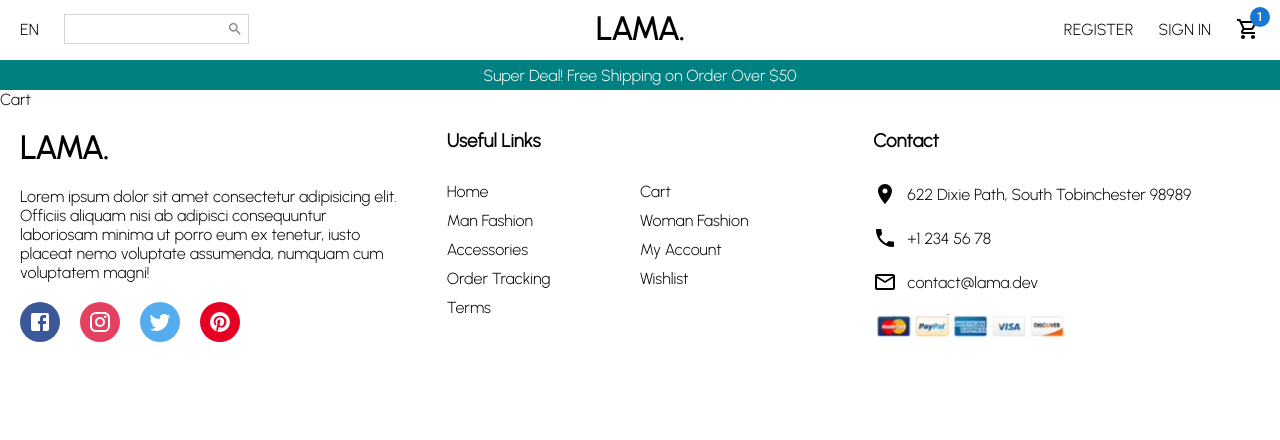
Repository: kmvaghela/ECOMMERCE
Page: /
The author's editor kept a copy of each file at every save. The page is drawn from the files as they stood at one save, then again after the next save.
The browser window is 1280 px wide. The pictures show the whole page.
The project was rebuilt for these pictures with package versions that can differ from the ones it lists, and the page was loaded fresh each time. Also part of the build but not shown: src/data.js, src/components/CategoryItem.jsx, src/components/Categories.jsx, src/components/Product.jsx, src/components/Products.jsx, src/components/Slider.jsx, src/components/Newsletter.jsx, src/pages/Home.jsx and 4 more.

Above is the page before, as saved 2022-02-24 19:28:05.

### public/index.html
<!DOCTYPE html>
<html lang="en">

<head>
  <meta charset="utf-8" />
  <meta name="viewport" content="width=device-width, initial-scale=1" />
  <meta name="description" content="Web site created using create-react-app" />
  <link href="https://fonts.googleapis.com/css2?family=Urbanist:wght@100;200;300&display=swap" rel="stylesheet">
  <style>
    * {
      margin: 0;
      font-family: 'Urbanist', sans-serif;
    }
  </style>
  <title>React App</title>
</head>

<body>
  <noscript>You need to enable JavaScript to run this app.</noscript>
  <div id="root"></div>
</body>

</html>

### src/App.jsx
import Home from "./pages/Home";
import Product from "./pages/Product";
import ProductList from "./pages/ProductList";
import Register from "./pages/Register";
import Login from "./pages/Login";
import Cart from "./pages/Cart";

const App = () => {
  return (
    // <Home />
    // <ProductList />
    // <Product />
    // <Register />
    // <Login />
    <Cart />
  );
};

export default App;

### src/pages/Cart.jsx
import React from "react";
import styled from "styled-components";
import Navbar from "../components/Navbar";
import Announcement from "../components/Announcement";
import Footer from "../components/Footer";

const Container = styled.div``;

const Cart = () => {
  return (
    <Container>
      <Navbar />
      <Announcement />
      Cart
      <Footer />
    </Container>
  );
};

export default Cart;

### src/components/Announcement.jsx
import styled from "styled-components";

const Container = styled.div`
  height: 30px;
  background-color: teal;
  color: white;
  display: flex;
  align-items: center;
  justify-content: center;
  font-size: 14;
  font-weight: 500;
`;

const Announcement = () => {
  return (
    <Container>
      Super Deal! Free Shipping on Order Over $50
    </Container>
  );
};

export default Announcement;

### src/components/Navbar.jsx
import React from "react";
import styled from "styled-components";
import SearchOutlinedIcon from "@mui/icons-material/SearchOutlined";
import ShoppingCartOutlinedIcon from "@mui/icons-material/ShoppingCartOutlined";
import Badge from "@mui/material/Badge";

const Container = styled.div`
  height: 60px;
`;
const Wrapper = styled.div`
  padding: 10px 20px;
  display: flex;
  align-items: center;
  justify-content: space-between;
`;
const Left = styled.div`
  flex: 1;
  display: flex;
  align-items: center;
`;
const Language = styled.span`
  font-size: 14;
  cursor: pointer;
`;
const SearchContainer = styled.div`
  border: 0.5px solid lightgray;
  display: flex;
  align-items: center;
  margin-left: 25px;
  padding: 5px;
`;
const Input = styled.input`
  border: none;
`;

const Center = styled.div`
  flex: 2;
`;
const Logo = styled.h1`
  font-weight: bold;
  text-align: center;
`;

const Right = styled.div`
  flex: 1;
  display: flex;
  align-items: center;
  justify-content: flex-end;
`;
const MenuItem = styled.div`
  font-size: 14;
  cursor: pointer;
  margin-left: 25px;
`;

const Navbar = () => {
  return (
    <Container>
      <Wrapper>
        <Left>
          <Language>EN</Language>
          <SearchContainer>
            <Input />
            <SearchOutlinedIcon style={{color:"gray",fontSize:16}}/>
          </SearchContainer>
        </Left>
        <Center>
          <Logo>LAMA.</Logo>
        </Center>
        <Right>
          <MenuItem>REGISTER</MenuItem>
          <MenuItem>SIGN IN</MenuItem>
          <MenuItem>
            <Badge badgeContent={1} color="primary">
              <ShoppingCartOutlinedIcon />
            </Badge>
          </MenuItem>
        </Right>
      </Wrapper>
    </Container>
  );
};
export default Navbar;

### src/components/Footer.jsx
import React from "react";
import styled from "styled-components";
import FacebookIcon from "@mui/icons-material/Facebook";
import InstagramIcon from "@mui/icons-material/Instagram";
import TwitterIcon from "@mui/icons-material/Twitter";
import PinterestIcon from "@mui/icons-material/Pinterest";
import RoomIcon from "@mui/icons-material/Room";
import PhoneIcon from "@mui/icons-material/Phone";
import MailOutlineIcon from "@mui/icons-material/MailOutline";
import PaymentImage from "../assets/payment.PNG";
const Container = styled.div`
  display: flex;
`;

const Left = styled.div`
  flex: 1;
  display: flex;
  flex-direction: column;
  padding: 20px;
`;
const Center = styled.div`
  flex: 1;
  padding: 20px;
`;
const Right = styled.div`
  flex: 1;
  padding: 20px;
`;

const Logo = styled.h1``;

const Description = styled.p`
  margin: 20px 0px;
`;

const SocialContainer = styled.div`
  display: flex;
`;

const SocialIcon = styled.div`
  height: 40px;
  width: 40px;
  border-radius: 50%;
  color: white;
  background-color: ${(props) => props.color};
  display: flex;
  align-items: center;
  justify-content: center;
  margin-right: 20px;
`;

const Title = styled.h3`
  margin-bottom: 30px;
`;

const List = styled.ul`
  margin: 0;
  padding: 0;
  list-style: none;
  display: flex;
  flex-wrap: wrap;
`;

const ListItem = styled.li`
  width: 50%;
  margin-bottom: 10px;
`;

const ContactItem = styled.div`
  margin-bottom: 20px;
  display: flex;
  align-items: center;
`;

const Payment = styled.img`
  width: 50%;
`;

const Footer = () => {
  return (
    <Container>
      <Left>
        <Logo>LAMA.</Logo>
        <Description>
          Lorem ipsum dolor sit amet consectetur adipisicing elit. Officiis
          aliquam nisi ab adipisci consequuntur laboriosam minima ut porro eum
          ex tenetur, iusto placeat nemo voluptate assumenda, numquam cum
          voluptatem magni!
        </Description>
        <SocialContainer>
          <SocialIcon color="#3B5999">
            <FacebookIcon />
          </SocialIcon>
          <SocialIcon color="#E4405F">
            <InstagramIcon />
          </SocialIcon>
          <SocialIcon color="#55ACEE">
            <TwitterIcon />
          </SocialIcon>
          <SocialIcon color="#E60023">
            <PinterestIcon />
          </SocialIcon>
        </SocialContainer>
      </Left>

      <Center>
        <Title>Useful Links</Title>
        <List>
          <ListItem>Home</ListItem>
          <ListItem>Cart</ListItem>
          <ListItem>Man Fashion</ListItem>
          <ListItem>Woman Fashion</ListItem>
          <ListItem>Accessories</ListItem>
          <ListItem>My Account</ListItem>
          <ListItem>Order Tracking</ListItem>
          <ListItem>Wishlist</ListItem>
          <ListItem>Terms</ListItem>
        </List>
      </Center>

      <Right>
        <Title>Contact</Title>
        <ContactItem>
          <RoomIcon style={{ marginRight: "10px" }} />
          622 Dixie Path, South Tobinchester 98989
        </ContactItem>
        <ContactItem>
          <PhoneIcon style={{ marginRight: "10px" }} />
          +1 234 56 78
        </ContactItem>
        <ContactItem>
          <MailOutlineIcon style={{ marginRight: "10px" }} />
          contact@lama.dev
        </ContactItem>
        <Payment src={PaymentImage} alt="not found" />
      </Right>
    </Container>
  );
};

export default Footer;

Loaded but not shown: src/index.js (common file)

After the next save:
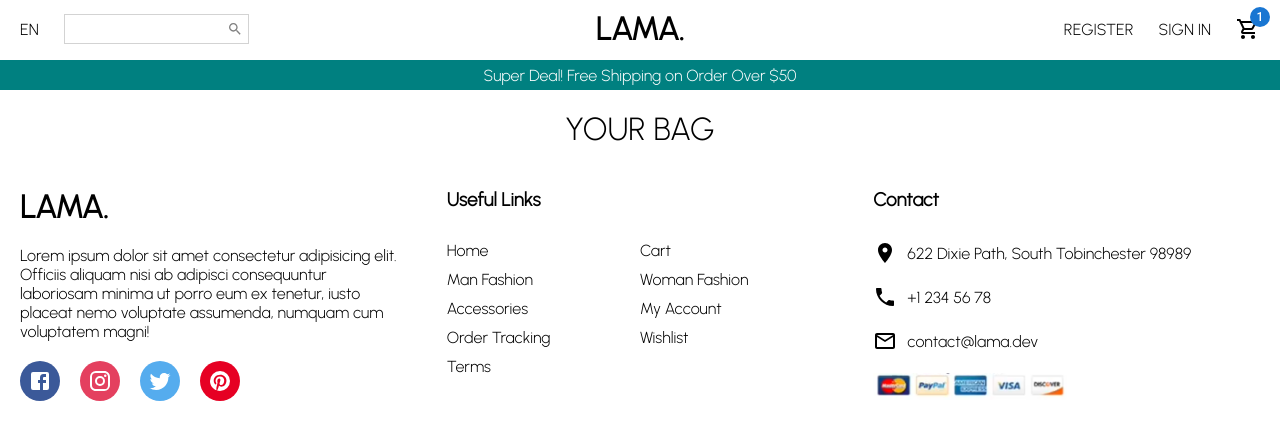
Saved 5 min 44 s later.
--- a/src/pages/Cart.jsx
+++ b/src/pages/Cart.jsx
@@ -6,12 +6,29 @@
 
 const Container = styled.div``;
 
+const Wrapper = styled.div`
+  padding: 20px;
+`;
+
+const Title = styled.h1`
+  font-weight: 300;
+  text-align: center;
+`;
+
+const Top = styled.div``;
+
+const Bottom = styled.div``;
+
 const Cart = () => {
   return (
     <Container>
       <Navbar />
       <Announcement />
-      Cart
+      <Wrapper>
+        <Title>YOUR BAG</Title>
+        <Top></Top>
+        <Bottom></Bottom>
+      </Wrapper>
       <Footer />
     </Container>
   );
